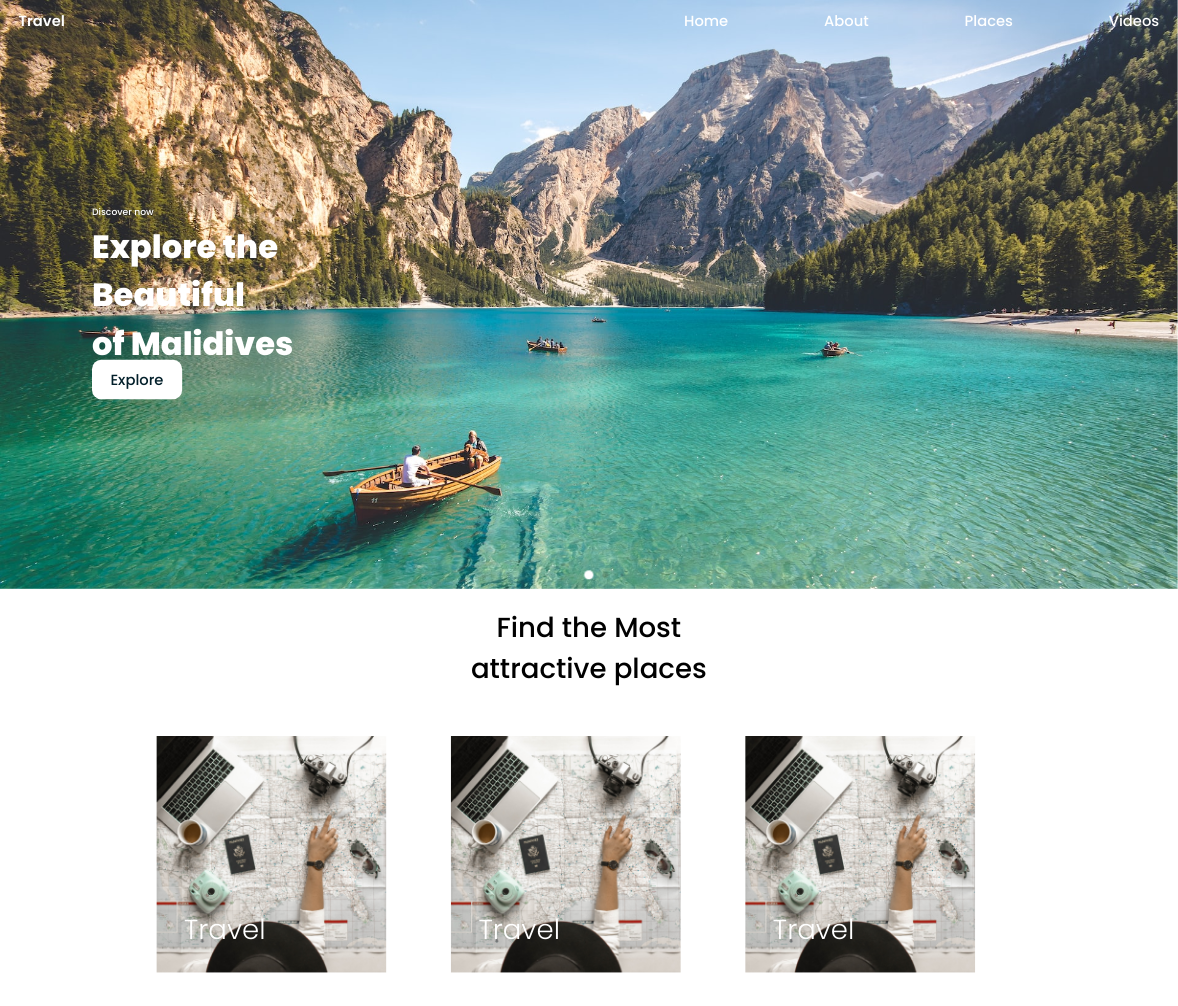
Repository: OmniaRafat232111121/Traveling
Page: index.html
These files come from the project's save history. The page is drawn as it stood at one moment and after a run of saves; the edit follows.
The browser window is 1280 px wide. The pictures show the whole page, at 92% of full size.

Above is the page before, as saved 2022-12-20 11:27:35.

### index.html
<!DOCTYPE html>
<html lang="en">
<head>
    <meta charset="UTF-8">
    <meta http-equiv="X-UA-Compatible" content="IE=edge">
    <meta name="viewport" content="width=device-width, initial-scale=1.0">
    <title>Travel Css</title>
    <link rel="stylesheet" href="css/style.css">
    <!--swiper-->
       <link
  rel="stylesheet"
  href="https://cdn.jsdelivr.net/npm/swiper@8/swiper-bundle.min.css"
/>
<!--Box icon-->
 <link rel="stylesheet"
  href="https://cdn.jsdelivr.net/npm/boxicons@latest/css/boxicons.min.css">
</head>
<body>
    <!--navbar start-->
    <header class="header">
        <div class="logo">
        <a href="index.html" >Travel</a>
        </div>
        <div class="'bx bx-menu" id="menu-icon"></div>
        <nav>
            <ul>
                <li><a href="index.html">Home</a></li>
                <li><a href="#about">About</a></li>
                <li><a href="#places">Places</a></li>
                <li><a href="#viedo">Videos</a></li>
            </ul>
        </nav>

    </header>
   <!--navbar end-->
   <!--home start-->
   <section class="home swiper" id="home">
   <div class="swiper-wrapper">
        <div class="swiper-slide container">
            <img src="./imgs/travel1.jpg" alt="travel"/>
            <div class="home-text">
                <span>Discover now</span>
                <h1>Explore the <br>Beautiful<br> of Malidives</h1>
                <a href="#" class="btn"> Explore</a>
            </div>
        </div>

        <div class="swiper-slide container">
            <img src="./imgs/dessert.jpg" alt="travel"/>\
            <div class="home-text">
                <span>Discover now</span>
                <h1>Explore the <br>Beautiful<br> of Malidives</h1>
                <a href="#" class="btn"> Explore</a>
            </div>
        </div>
        <div class="swiper-slide container">
            <img src="./imgs/travel3.jpg" alt="travel"/>
            <div class="home-text">
                <span>Discover now</span>
                <h1>Explore the <br>Beautiful<br> of Malidives</h1>
                <a href="#" class="btn"> Explore</a>
            </div>
        </div>

      </div>
    <div class="swiper-pagination"></div>
   </section>
   <!--home end-->

   <!--places start-->
   <section class="places" id="places">
    <div class="heading">
        <h1>Find the Most <br>attractive places</h1>
        <div class="places-container">
            <div class="box">
                <div class="place-image">
                   <img  src="./imgs/p1.jpg" alt="image" />
                </div>
                <div class="place-heading">
                    <h2>Travel</h2>
                </div>
                <i class='bx bx-right-arrow-alt place-icon'></i>

            </div>
            <div class="box">
                <div class="place-image">
                   <img  src="./imgs/p1.jpg" alt="image" />
                </div>
                <div class="place-heading">
                    <h2>Travel</h2>
                </div>
                <i class='bx bx-right-arrow-alt place-icon'></i>

            </div>
            <div class="box">
                <div class="place-image">
                   <img  src="./imgs/p1.jpg" alt="image" />
                </div>
                <div class="place-heading">
                    <h2>Travel</h2>
                </div>
                <i class='bx bx-right-arrow-alt place-icon'></i>

            </div>

        </div>

    </div>

   </section>

   <!--places ends-->
<!--swiper-->
<script src="https://cdn.jsdelivr.net/npm/swiper@8/swiper-bundle.min.js"></script>
<!--custom js-->
<script src="main.js"></script>
</body>
</html>

### css/style.css
@import url('https://fonts.googleapis.com/css2?family=Be+Vietnam+Pro:wght@100&family=Inter:wght@100;300;400;500;600&family=Montserrat:wght@400;700&family=Nunito:ital,wght@0,200;0,300;1,200&family=Open+Sans:ital,wght@0,300;0,600;0,700;1,300&family=Poppins:ital,wght@0,200;0,300;0,500;0,600;0,800;0,900;1,100;1,200;1,300;1,500&family=Work+Sans:ital,wght@0,100;0,200;0,400;0,500;1,200;1,300&display=swap');
*{
    padding:0;
    margin:0;
    box-sizing: border-box;
    font-family: Poppins,'sans-serif';
    scroll-behavior: smooth;
}
:root{
    --text-color:#021f2a;
    --bf-color:#fff;
}
li{
    list-style: none;
}
a{
    text-decoration: none;
}
header{

    position:fixed;
    width:100%;
    top:0;
    left:0;
    right:0;
    display:flex;
    align-items: center;
    justify-content: space-between;
    padding:10px 20px;
     transition: 0.3s;
     z-index:20000;
}
nav ul li{
    display:inline-block;
    margin-left: 100px;

}
nav ul li a{
    color:#fff;
}
.logo a{
    font-size: 1rem;
    font-weight: 600;
    color:var(--bf-color)
}
nav ul li {
    position: relative;
}
nav ul li a::after{
    content:" ";
    width:0%;
    height:2px;
    background-color:#fff;
    position: absolute;
    bottom: -3px;
    left:0;
    transition: 0.3s;

}
nav ul li a:hover::after{
 width:50px;
}
#menu-icon{
    display:none;
    cursor: pointer;
    z-index:10001;

}
.container{
    position:relative;
    width:100%;
    min-height:640px ;
    display: flex;
    align-items: center;
}
.container img{
    position: absolute;
    width:100%;
    height:100%;
    object-fit: cover;
}
.swiper-pagination-bullet{
padding:5px;
 background:var(--bf-color);
}
/* .swiper-pagination-bullet-active{
    background:var(--bf-color);
} */
span.swiper-pagination-bullet.swiper-pagination-bullet-active.swiper-pagination-bullet-active-main {
    background: #fff;
}
.home-text{
    z-index:20001;
    padding:0px 100px;
}
.home-text span{
    color:#fff;
    font-size: 10px;
}
.home-text h1{
    font-weight: 700;
    font-size: 35px;
    color:#fff;
}
.home-text h1:hover{
    color:var(--text-color);
    transition: 0.3s linear;
}
.btn{
    background-color: var(--bf-color);
    color:var(--text-color);
    padding:10px 20px;
    border-radius: 10px;
    margin-top: 70px;
    font-weight: 500;
}
.btn:hover{
    color: var(--bf-color);
    background-color:var(--text-color);
}

.heading{
    text-align: center;
}
.heading h1{
    font-weight: 500;
    padding:20px;
    font-size: 30px;
}
.places-container{
    display:grid;
    grid-template-columns: repeat(auto-fill,minmax(300px,auto));
    gap:20px;
    padding:30px;
    justify-content: center;
}
.places-container .box{
    position:relative;
}
.box .place-image{
    width:250px;
    overflow: hidden;
}
.places-container .box .place-image img{
    width:100%;
    height:100%;
}
 .box .place-image img:hover{
    transform: scale(1.1);
    transition: 0.3s;
}
.place-heading {
    position:absolute;
bottom:30px;
}
.place-heading h2{
    font-weight: 300;
    font-size: 30px;
    color:var(--bf-color);
    margin-left:30px;

}
.place-icon{
    position:absolute;
    bottom:0;
    right:0;
    color:var(--bf-color)
}

### main.js
//swiper
var swiper = new Swiper(".home", {
       loop: true,
       grabCursor:true,
       pagination: {
          el: ".swiper-pagination",
          dynamicBullets: true,
        },
});

After the next 5 saves:
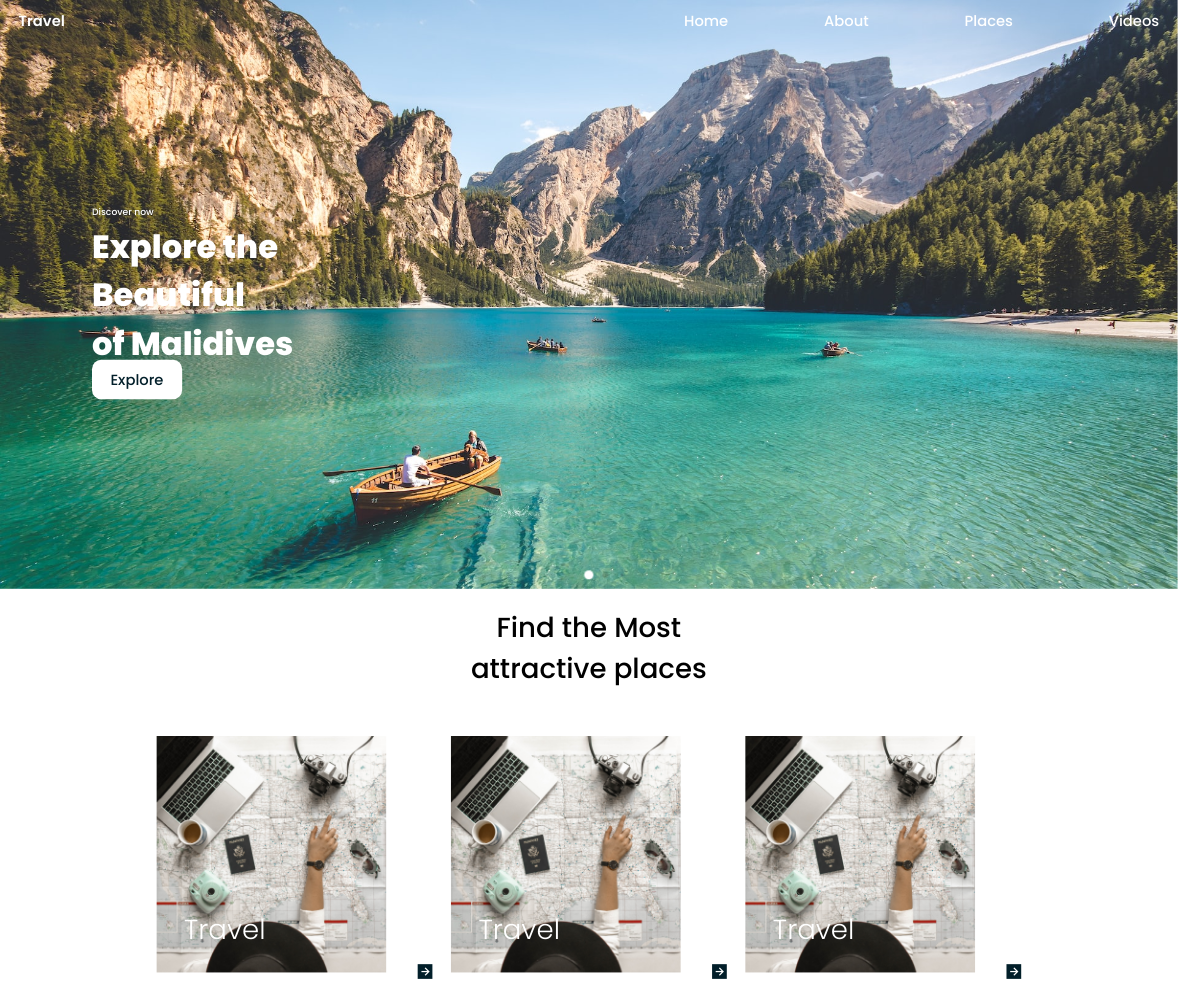
The 5 saves are shown as one change because they came seconds apart.
The last was saved 12 s later.
--- a/css/style.css
+++ b/css/style.css
@@ -164,5 +164,6 @@ bottom:30px;
     position:absolute;
     bottom:0;
     right:0;
-    color:var(--bf-color)
+    color:var(--bf-color);
+    background-color: var(--text-color);
 }
